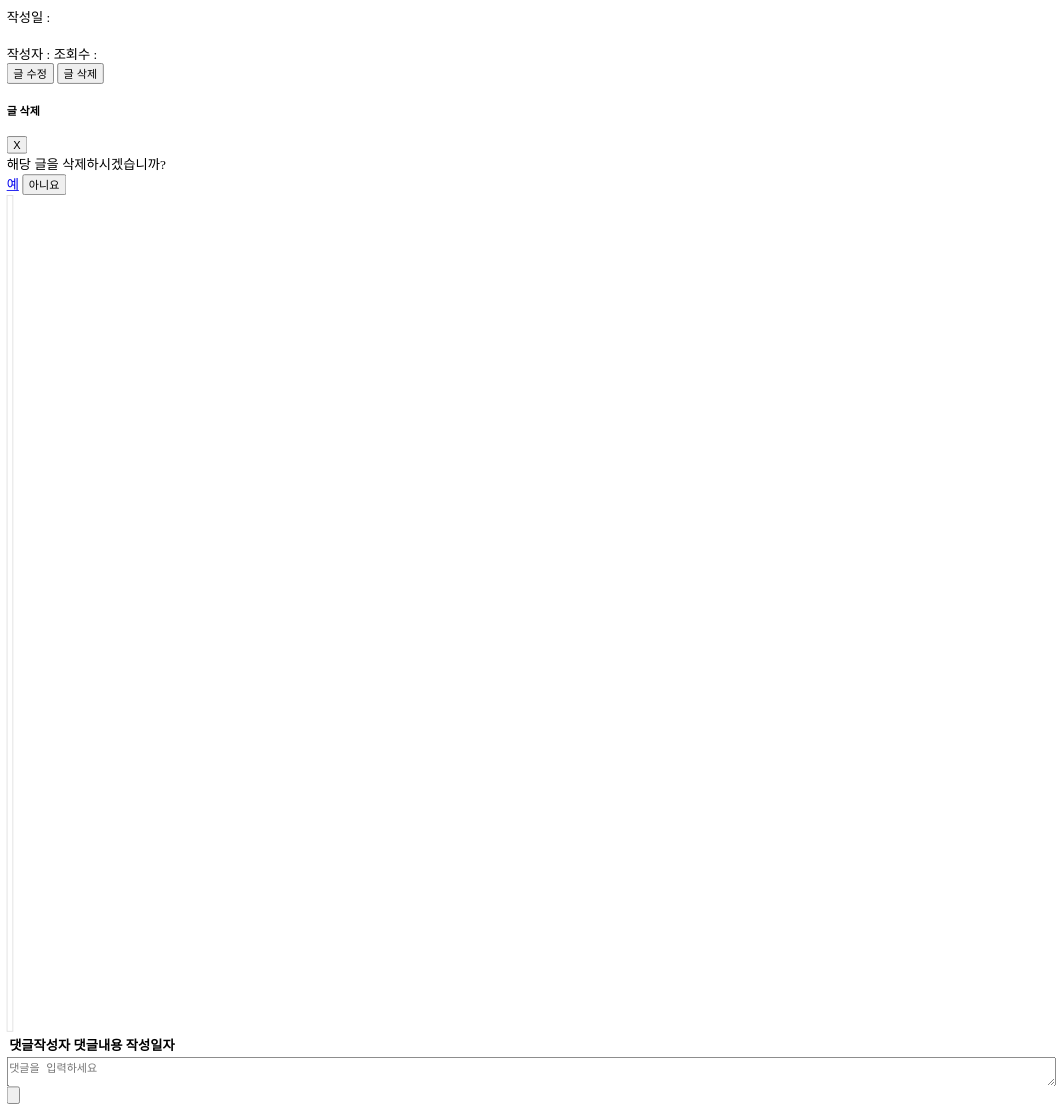
Repository: KimJinHwan999/ToyProject-makeBoard-springBoot
Page: http://localhost/board/WEB-INF/views/board/post.jsp
The author's editor kept a copy of each file at every save. The page is drawn from the files as they stood at one save, then again after the next save.
The browser window is 1280 px wide. The pictures show the whole page, at 83% of full size.
The page is served by Tomcat 9. Nobody is signed in. The template is opened directly, without the code that normally fills it, so the values that code supplies are empty.

Above is the page before, as saved 2023-06-22 09:12:48.

After the next save:
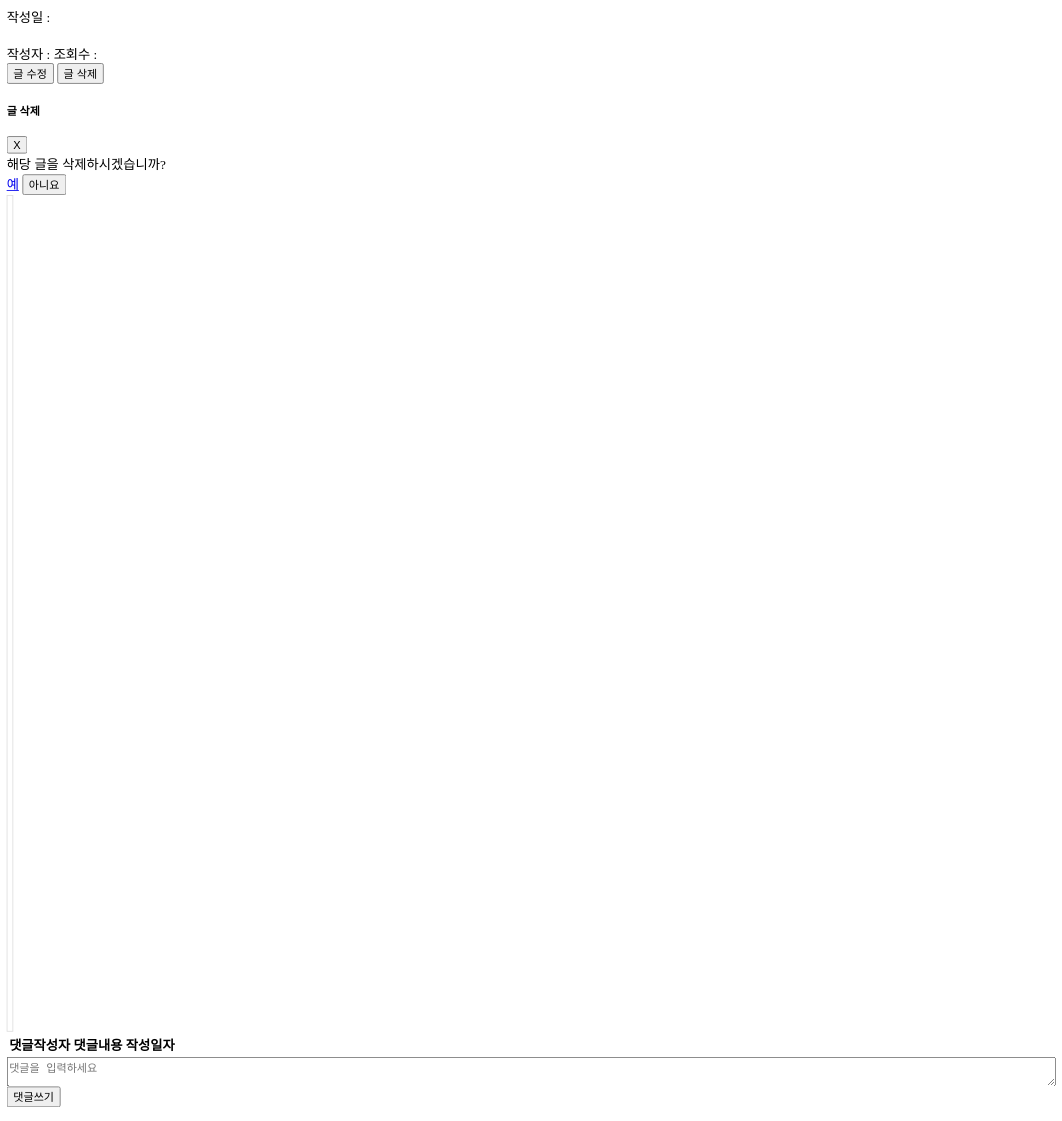
Saved 20 s later.
--- a/board/src/main/webapp/WEB-INF/views/board/post.jsp
+++ b/board/src/main/webapp/WEB-INF/views/board/post.jsp
@@ -100,7 +100,7 @@
 			        </table>
 
 	            	<textarea id="reply_content" name="reply_content" placeholder="댓글을 입력하세요" style="width:100%;"></textarea>
-	            	<input type="submit" value=""/>
+	            	<input type="submit" class="btn btn-success pull-right" value="댓글쓰기"/>
 
 	            </form>
 		        <!-- 댓글 끝 -->
